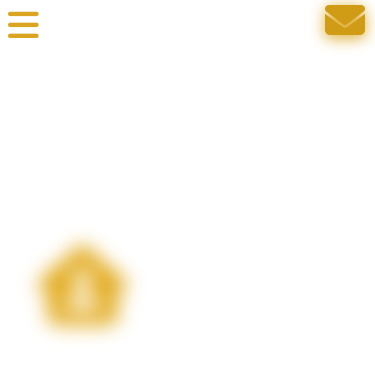
Repository: Newtins1/Newtins-ritys
Page: index.html
These files come from the project's save history. The page is drawn as it stood at one moment and after a run of saves; the edit follows.
The browser window is 375 px wide. The pictures show the whole page.

Above is the page before, as saved 2025-08-22 21:13:00.

### index.html
<!DOCTYPE html>
<html>
    <head>
        <title></title>
        <meta charset="UTF-8">
        <meta name="viewport" content="width=device-width, initial-scale=1.0">
        <link rel="stylesheet" href="fishing.css">
        <link rel="stylesheet" href="css/all.min.css">
    </head>

    <body class="main-body">
            <!--HOME========NAVIGATOR=========MENUS==================================-->
            <div class="navigators">
                <i class="fa-solid fa-house-user" id="house" onclick="dashboard()"></i>
                <i class="fa-solid fa-bars" id="first-bar"></i>
                <i class="fa-solid fa-envelope" id="Envelop"></i>
            </div>

             <!--SUPPORT===========NAVIGATION========================MENUS=============-->
            <div class="support" style="font-family: sans-serif;">

                <div class="content-board">
                    <i class="fa-solid fa-arrow-left" id="return" onclick="returndashboard()"></i>


                        <div class="content">
                            <div class="content-conten">
                                <h2>Contact US</h2>
                                <h4>Any questions or remarks? Just write us a message!</h4><br>

                                <div class="first-area">
                                    Email<br>
                            <input type="email" class="email-input" placeholder="Enter a valid email address">
                                </div>

                                <div class="second-area">
                                    Name<br>

                                    <input class="name-input" type="text" placeholder="Enter your name">
                                </div>
                                <button class="submit-button" type="submit">Submit</button>
                            </div>

                                <div class="box-pad">

                                    <i class="fa-brands fa-instagram" id="social"></i>
                                    <i class="fa-brands fa-twitter" id="twatter"></i>
                                    <i class="fa-brands fa-facebook" id="fabook"></i>
                                    <i class="fa-brands fa-whatsapp" id="watapp"></i>
                                    <i class="fa-brands fa-youtube" id="yatube"></i>


                                    <div class="box-pad-2">
                                        <i class="fa-solid fa-user" id="standard"><p id="writing">ABOUT CLUB<br>Running guide workouts</p></i>
                                    <i class="fa-solid fa-location-dot" id="organize">
                                        <p id="writing">OUR OFFICE LOCATION
                                    The interior design studio company</p></i>
                                    <i class="fa-solid fa-phone-flip" id="stable"><p id="writing">PHONE(LANDLINE)<br>09020378076</p></i>
                                    </div>
                            </div>
                            </div>

        <!--=============Social================================media=====================reach=====Area=====-->

                    </div>
                </div>


            <!--BODY===================SECTION====================================-->



                <div class="booster">
                    <i class="fa-solid fa-xmark" id="second-bar"></i>
                    <nav>
                        <a href="">About</a>
                        <a href="">Apply</a>
                        <a class="link-to-support" onclick="linktosupport()">Support</a>
                        <a onclick="logindashboard()">Login</a>
                    </nav>
                </div>
            <div class="open">
                <i class="fa-solid fa-arrow-left" id="left-arrow" onclick="leftarrow()"></i>
                <div class="details">
                    <img class="site" src="images/site.png">
                    <div class="horizontal"></div>
                    <input id="vision-1" class="vision" type="email" placeholder="Email">
                    <input id="vision-2" class="vision" type="number" placeholder="Phone number">
                    <input id="vision-3" class="vision" type="textarea" placeholder="Address 1">
                    <input id="vision-4" class="vision" type="textarea" placeholder="Address 2">
                    <input id="vision-5" class="vision" type="number" placeholder="Ssn">
                    <input id="vision-6" class="vision" type="password" placeholder="password">
                    <input id="vision-7" class="vision" type="password" placeholder="Confirm password">
                    <button id="click" type="submit">Submit</button>

                </div>
            </div>

<!--===============LOGIN========================SECTION====================-->

            <div class="login">
                 <i class="fa-solid fa-arrow-left" id="revise" onclick="revise()"></i>
                <div class="login-block">
                    <div class="login-2">
                        <div class="login-block-3">
                            <div class="boxes">
                                <input class="columns" type="text" placeholder="&nbsp; &nbsp; &nbsp; Username/Email" required><br>
                                <input class="columns" type="password" placeholder="&nbsp; &nbsp; &nbsp;password" required><br>
                                <button class="columns-button" type="submit"> SIGN IN</button><br><br>
                                <p class="text-writing">Forgot the password? &nbsp; <a class="other-link" onclick="">Click here</a></p>
                            </div>
                        </div>

                    </div>
                    <div class="line-breaker"></div>
                </div>
            </div>

        <script src="fishing.js"></script>
    </body>
</html>

### fishing.css



.main-body {
    background: linear-gradient(rgba(2, 2, 7, 0.7)), url("images/site.jpg");
    margin: 0;
    padding: 0;
    box-sizing: border-box;
    display: flex;
    height: 800px;
    background-attachment: fixed;
    background-size: cover;
    background-position: center;
}

.main-body.hide {
    display: none;
}

.vision {
    width: 300px;
    height: 37px;
    margin-bottom: 20px;
    border-radius: 7px;
}

#vision-1 {
    margin-top: 260px;
}

#click {
    width: 120px;
    height: 37px;
    border-radius: 5px;
    background-color: rgb(20, 2, 20);
    box-shadow: 0px 3px 12px goldenrod;
    text-shadow: 1px 3px 6px rgb(57, 88, 10);
    color: #fff;
    font-weight: 650;
}

#click:hover {
    background-color: goldenrod;
    color: #000;
    font-weight: 700;
    transition: 0.3s;
    box-shadow: 0px 3px 12px goldenrod;
}

.horizontal {
    width: 700px;
    height: 2px;
    position: absolute;
    top: 250px;
    background-color: rgb(167, 133, 47);
    box-shadow: 0px 2px 12px goldenrod;
}

.site {
    margin-top: 15px;
    width: 460px;
    height: 180px;
    position: absolute;
    top: 20px;
    border-radius: 15px;
    opacity: 0.65;
    box-shadow: 0px 3px 10px goldenrod;
}


.site:hover {
    opacity: 1;
    box-shadow: 0px 3px 12px rgb(209, 156, 21);
}

#first-bar {
    color: goldenrod;
    font-size: 35px;
    position: absolute;
    left: 8px;
    top: 8px;
}

#first-bar:hover {
    box-shadow: 1px 3px 20px goldenrod;
    position: absolute;
    padding: 1px;
    transition: 0.3s;
}


nav a {
    display: flex;
    flex-direction: column;
    color: goldenrod;
    font-family: sans-serif;
    font-weight: 650;
    outline-style: none;
    text-decoration: none;
    margin-top: 40px;
    margin-left: 40px;
}

a:hover {
    text-shadow: 1px 2px 12px goldenrod;
    transition: 0.2s;
}

#second-bar {
    font-size: 40px;
    color: goldenrod;
    position: absolute;
    left: 25vh;
    top: 1vh;
}

#second-bar:hover {
    box-shadow: 0px 3px 12px goldenrod;
    transition: 0.2s;
}
/*==========Home============icon=================blink*/

#house {
    animation: blink 0.4s infinite;
}
@keyframes blink {
    0%, 100% {
        opacity: 1;
    }
    50% {color: #080707;}
}


#house {
    color: goldenrod;
    font-size: 250px;
    position: fixed;
    left: 510px;
    top: 240px;
    text-shadow: 0px 5px 20px rgb(226, 170, 27);
}
#house:hover {
    box-shadow: 0px 3px 15px 5px rgb(209, 156, 21);
    background-color: rgb(209, 156, 21, 0.2);
    text-shadow: 0px 3px 12px rgb(209, 156, 21);
    border-radius: 20px;
    transition: 0.2s ease-out;
    animation: none;
    opacity: 1;
}

#Envelop {
    color: rgb(209, 156,21);
    font-size: 40px;
    position: absolute;
    right: 10px;
    text-shadow: 0px 3px 15px goldenrod;
    animation: blink 1s infinite;
}

#Envelop:hover {
    animation: none;
    opacity: 1;
    color: #000;
    text-shadow: 0px 3px 15px gold;
}



#left-arrow {
    animation: blink 1s infinite;
}
@keyframes blink {
    0%, 100% {opacity: 1; }
    50% {color: transparent; }
}

#left-arrow:hover {
    animation: none;
    opacity: 1;
}


#left-arrow:hover {
    background-color: rgb(209, 156, 21);
    transition: 0.2s;
    color: #000;
    border: 0.5px solid rgb(219, 159, 6);
    box-shadow: 0px 3px 15px rgb(209, 156, 21);
}

.navigators.show {
    display: block;
}



/*===========box===2==============section===*/
#standard, #stable, #organize {
  color: aqua;
  text-shadow: 0px 5px 15px goldenrod ;
}

#standard, #stable:hover, #organize:hover {
    color: gold;
    text-shadow: 0px 5px 15px #000;
    transition: 0.2s;
}

#standard {
    position: absolute;
    font-size: 100px;
    top: -8vh;
    left: 530px;
    color: red;
}
#standard:hover {
    color: #000;
    text-shadow: 0px 5px 15px gold;
    transition: 0.2s;
}

#stable {
    position: absolute;
    font-size: 100px;
    top: -9vh;
    color: aqua;
    right: 80px;
}
#organize {
    position: absolute;
    font-size: 110px;
    top: -10.5vh;
    color: aqua;
    left: 80px;
}

/*=====Socials===================Section========*/
#twatter {
    color: blue;
    font-size: 40px;
    position: absolute;
    bottom: 50px;
    left: 380px;
    text-shadow: 0px 3px 12px rgb(64, 126, 241);
}
#twatter:hover {
text-shadow: 0px 3px 15px rgb(38, 5, 156);
}

#social {
    color: rgb(218, 19, 52);
    font-size: 40px;
     position: absolute;
    bottom: 50px;
    right: 600px;
    text-shadow: 0px 3px 12px rgb(226, 13, 66);
}

#social:hover {
text-shadow: 0px 3px 15px rgb(143, 12, 40);
}

#fabook {
 color: rgb(31, 31, 139);
 font-size: 40px;
  position: absolute;
    bottom: 50px;
    left: 100px;
    text-shadow: 0px 3px 12px rgb(11, 14, 160);
}

#fabook:hover {
text-shadow: 0px 3px 15px rgb(5, 6, 80);
}

#watapp {
 color: rgb(1, 51, 10);
 font-size: 40px;
  position: absolute;
    bottom: 50px;
    right: 340px;
    text-shadow: 0px 3px 12px rgb(4, 105, 4);
}
#watapp:hover {
text-shadow: 0px 3px 15px rgb(5, 68, 5);
}

#yatube {
color: rgb(248, 1, 22);
 font-size: 40px;
  position: absolute;
    bottom: 50px;
    right: 50px;
    text-shadow: 0px 3px 12px rgb(212, 16, 16);
}

#yatube:hover {
    text-shadow: 0px 3px 15px rgb(129, 3, 14);
}

/*====Input=====Section================*/
.first-area {
    position: absolute;
    right: 2vh;
    color: #bb0606;
    font-weight: 700;

}

.first-area .email-input {
    width: 300px;
    height: 50px;
    border-radius: 20px;
    border: 3px solid red;

}

.second-area {
        color: #bb0606;
        font-weight: 700;

}

.second-area .name-input {
    position: absolute;
    width: 300px;
    height: 50px;
        border: 3px solid red;
    border-radius: 20px;

}

.submit-button {
    width: 46rem;
    height: 60px;
    position: absolute;
    background-color: #fc0101;
    border-radius: 30px;
    top: 60vh;
    left: 0.5vh;
    color: #fff;
    font-size: 30px;
    box-shadow: 1px 2px 30px 12px rgb(3, 7, 3);
}
.submit-button:hover {
    background-color: rgb(209, 156, 21);
    box-shadow: 1px 3px 30px 12px #000;
}

.content input {
    color: #bb0606;
}

/*Writing=====================Zone==============*/
#writing {
    position: absolute;
    font-size: 15px;
    left: 0;
    color: #000;
    font-family: sans-serif;
}
#return {
    color: #050404;
     position: absolute;
     font-size: 40px;
     padding: 6px;
     left: -2vh;
     top: 1vh;
     background-color: #fc0101;
     border-radius: 15px;
     text-shadow: 0px 3px 5px goldenrod;
     box-shadow: 0px 3px 15px 5px gold;
}

#return:hover {
    color: #fc0303;
    box-shadow: 0px 3px 15px 5px gold;
    background-color: #000;
    transition: 0.2s;
}

/*=========SUPPORT===============CONTENT===================AREA===========*/

.support {
    width: 100%;
    height: 1000px;
    position: absolute;
    background: linear-gradient(#000, rgb(209, 156, 21, 0.5), rgb(8, 8, 8, 0.5));
    background-size: cover;
    background-attachment: fixed;
    overflow: hidden;
    max-height: 0;
    opacity: 0;
    display: flex;
    flex-direction: column;
    justify-content: space-between;
    transition: max-height 2s ease, opacity 2s ease;
}
.content-board {
    opacity: 0;
    transform: translateX(20px);
    transition: opacity 1s ease, transform 1s ease;
}

.support.active {
    max-height: 1000px;
    opacity: 1;
}
.support.active .content-board {
    opacity: 1;
}

.box-pad {
    position: absolute;
    height: 300px;
    width: 100%;
    background: linear-gradient(rgb(19, 7, 10), #000);
    box-shadow: 0px 3px 15px rgb(10, 10, 10);
    border: 0.2px solid goldenrod;
    border-left: none;
    border-right: none;
    border-radius: 2px;
    bottom: -155vh;
    left: -3.5vh;
}

.box-pad-2 {
    width: 90%;
    height: 200px;
    background-color: gray;
    position: absolute;
    box-shadow: 0px 3px 15px rgb(209, 156, 21);
    border-radius: 20px;
    left: 9.5vh;
    bottom: 30vh;
}
.content .content-conten {
    position: absolute;
    left: 40vh;
    top: 8vh;
    color: #fc0303;
    font-size: 30px;
    text-shadow: 0px 1px 20px #fc0303;
}

.booster {
    width: 200px;
    height: 1000px;
    position: absolute;
    background-color: rgb(3, 3, 12);
    box-shadow: 0px 3px 12px goldenrod;
    transition: max-width 1s ease, opacity 1s ease;
    max-width: 0;
    overflow: hidden;
    opacity: 0;

}

.booster.show {
    max-width: 200px;
    opacity: 1;
}


.open {
    height: 900px;
    width: 1000px;
    position: absolute;
    overflow: hidden;
    max-height: 0;
    transition: max-height 1s ease, opacity 3s ease;
    opacity: 0;

}
.open.active {
    opacity: 1;
    max-height: 1000px;
}
.details {
    background: linear-gradient(rgba(2, 2, 10, 0.5));
    width: 700px;
    height: 780px;
    display: flex;
    position: absolute;
    flex-direction: column;
    left: 300px;
    top: 100px;
    align-items: center;
    border-radius: 20px;
    box-shadow: 0px 3px 8px goldenrod;
}

#left-arrow {
    color: rgb(209, 156, 21);
    position: absolute;
    left: 5px;
    padding: 6px;
    border-radius: 15px;
    top: 5px;
    background-color: #000;
    border: 0.1px solid rgb(219, 159, 6);
    font-size: 40px;
    box-shadow: 0px 3px 15px rgb(209, 156,21);
}

.login {
    width: 100%;
    height: 1000px;
    background-color: rgb(8, 1, 8);
    position: absolute;
    left: 0;
    right: 0;
    font-family: Arial, Helvetica, sans-serif;
    color: goldenrod;
    font-weight: 700;
    opacity:0;
    overflow: hidden;
    max-width: 0;
    transition: max-width 1s ease, opacity 2s ease;
}

.login.active {
    max-width: 100%;
    opacity: 1;
}

.login-2 {
    width: 50%;
    height: 500px;
    position: absolute;
    background-color: rgb(214, 161, 26, 0.8);
    right: 50vh;
    top: 13vh;
    border-radius: 90px;
    box-shadow: 0px 3px 18px 5px rgb(209, 156, 21);
    text-shadow: 0px 3px 12px rgb(8, 8, 8);
    color: #000;
}

.login-block-3 {
    width: 70%;
    height: 300px;
    position: absolute;
    background-color: rgb(24, 19, 6, 0.9);
    text-align: center;
    left: 14.5vh;
    top: 14vh;
    box-shadow: 0px 3px 20px 2px rgb(14, 13, 11);
    border-radius: 60px;
}

#revise {
     position: absolute;
    left: 7px;
    padding: 3px;
    border-radius: 15px;
    top: 7px;
    background-color: #000;
    border: 0.1px solid rgb(219, 159, 6);
    font-size: 40px;
    box-shadow: 0px 3px 15px rgb(209, 156,21);
    animation: blink 1s infinite;
}
@keyframes blink {
    0%, 100% {opacity: 1; }
    50% {color: transparent;}
}

#revise:hover {
     background-color: rgb(209, 156, 21);
    transition: 0.2s;
    color: #000;
    border: 0.5px solid rgb(219, 159, 6);
    box-shadow: 0px 3px 15px rgb(209, 156, 21);
    animation: none;
    opacity: 1;
}

.login-block {
    width: 50%;
    height: 1000px;
    background-color: rgb(8, 8, 8);
}

.line-breaker {
    width: 1px;
    height: 1000px;
    background-color: rgb(71, 51, 1);
    margin-left: 100vh;
}

/*.main-body-2 {
    display: none;
}*/

.columns {
    width: 250px;
    height: 30px;
   border-radius: 10px;
   margin-top: 10px;
   border: none;
}
.columns-button {
    width: 258.5px;
    height: 30px;
    border-radius: 10px;
    margin-top: 10px;
    border: none;
    font-weight: 700;
    font-family: 'Lucida Sans', 'Lucida Sans Regular', 'Lucida Grande', Verdana, sans-serif;
    background-color: rgb(247, 184, 25);
    box-shadow: 0px 3px 20px 6px #000;
}
.text-writing {
    color: #c4a8a8;
}
.other-link {
    color: #fff;
    text-decoration: none;
}

.boxes {
    position: absolute;
    top: 10vh;
    left: 15vh;
}
@media (max-width: 480px) {
    .main-body {
        flex-direction: column;
        height: auto;
        background-size: cover;
        background-attachment: scroll;
    }
    .site {
        width: 90%;
        height: auto;
        margin: 10px auto;
        top: 10px;
        position: relative;
    }
    #house {
        font-size: 80px;
        left: 10%;

    }
}

### fishing.js

let booster = document.querySelector('.booster');
let firstbar = document.querySelector('#first-bar');
let secondbar = document.querySelector('#second-bar');

firstbar.addEventListener('click', function() {
  booster.classList.add('show');
});

secondbar.addEventListener('click', function() {
    booster.classList.remove('show');
});

//Open =====Section===========================Dashboard//

function dashboard(){
const open = document.querySelector('.open');
const navies = document.querySelector('.navigators');

open.classList.add('active');
navies.style.display = "none";
document.querySelector('.booster').classList.remove('show');
};

function leftarrow() {

  document.querySelector('.open').classList.remove('active');
  document.querySelector('.navigators').style.display = "block";
}
//===================================================================//

//========list====================section======================//

function linktosupport() {
  const support = document.querySelector('.support');

  support.classList.add('active');
};

function returndashboard() {
  const support = document.querySelector('.support');

  support.classList.remove('active');
}
//===============================================================//

//=========LOGIN================INTERFACE========//
function logindashboard() {
  const login = document.querySelector('.login');

 login.classList.add('active');
}

function revise() {
 document.querySelector('.login').classList.remove('active');
}

Loaded but not shown: css/all.min.css (library)

After the next 2 saves:
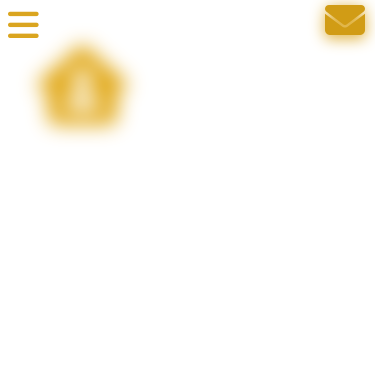
The 2 saves are shown as one change because they came seconds apart.
The last was saved 15 s later.
--- a/fishing.css
+++ b/fishing.css
@@ -642,6 +642,7 @@
     #house {
         font-size: 80px;
         left: 10%;
+        top: 5%;
 
     }
 }
